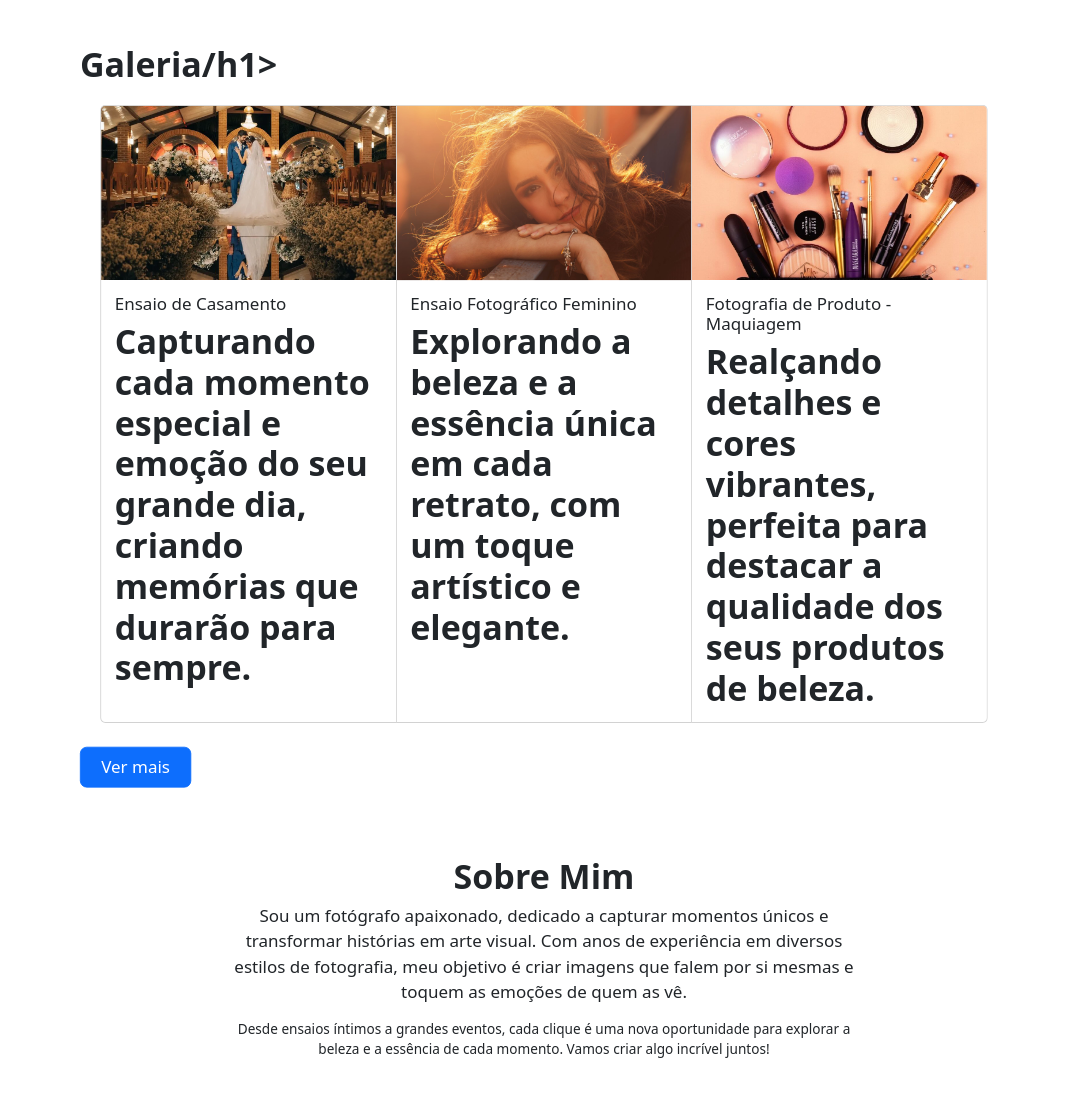
Repository: Marinalr-25/portifolio-fotografia
Page: index.html
The author's editor kept a copy of each file at every save. The page is drawn from the files as they stood at one save, then again after the next save.
The browser window is 1280 px wide. The pictures show the part of the page from y = 556 to 1867 px (the page is 1867 px tall before and 1503 px after), at 85% of full size.
A picture or video elsewhere on the page could not be fetched, so the positions and the page height are approximate.

Above is the page before, as saved 2025-01-19 17:13:23.

After the next save:
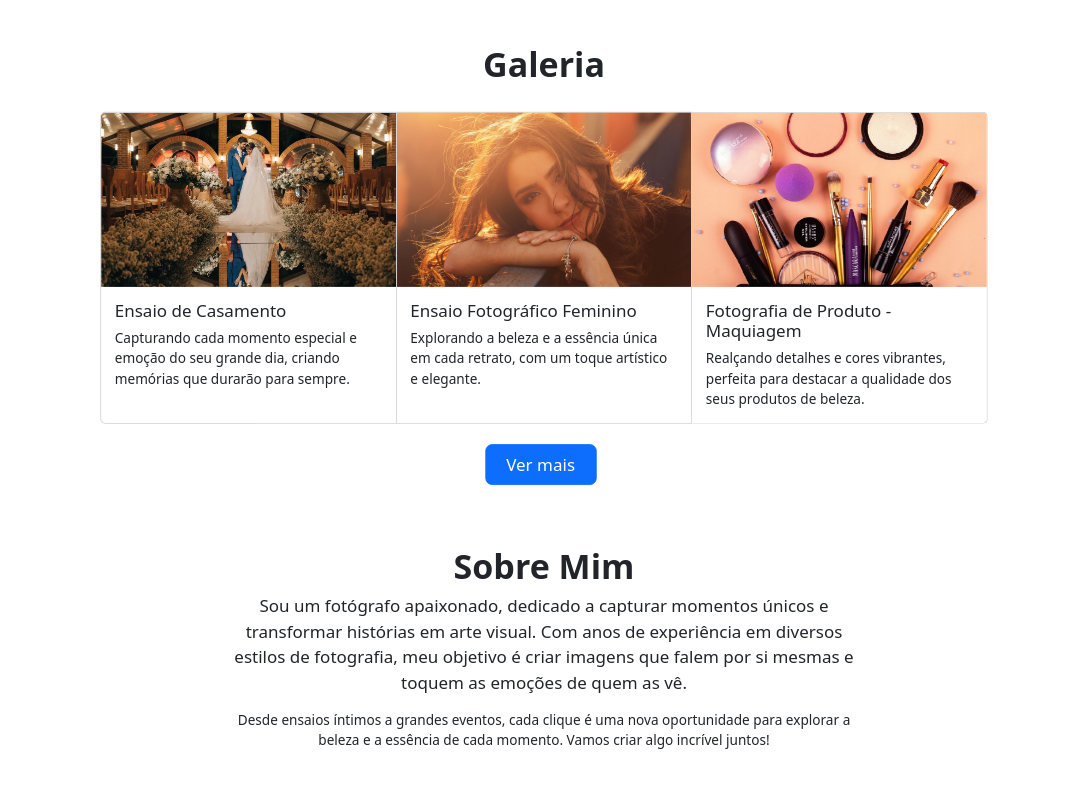
Saved 10 s later.
--- a/index.html
+++ b/index.html
@@ -93,7 +93,7 @@
 
     <!-- Galeria -->
     <div class="container card-group p-4 d-flex justify-content-center">
-      <h1 class="fw-bold">Galeria/h1>
+      <h1 class="fw-bold">Galeria</h1>
       <div class="card-group p-4">
         <div class="card">
           <img
